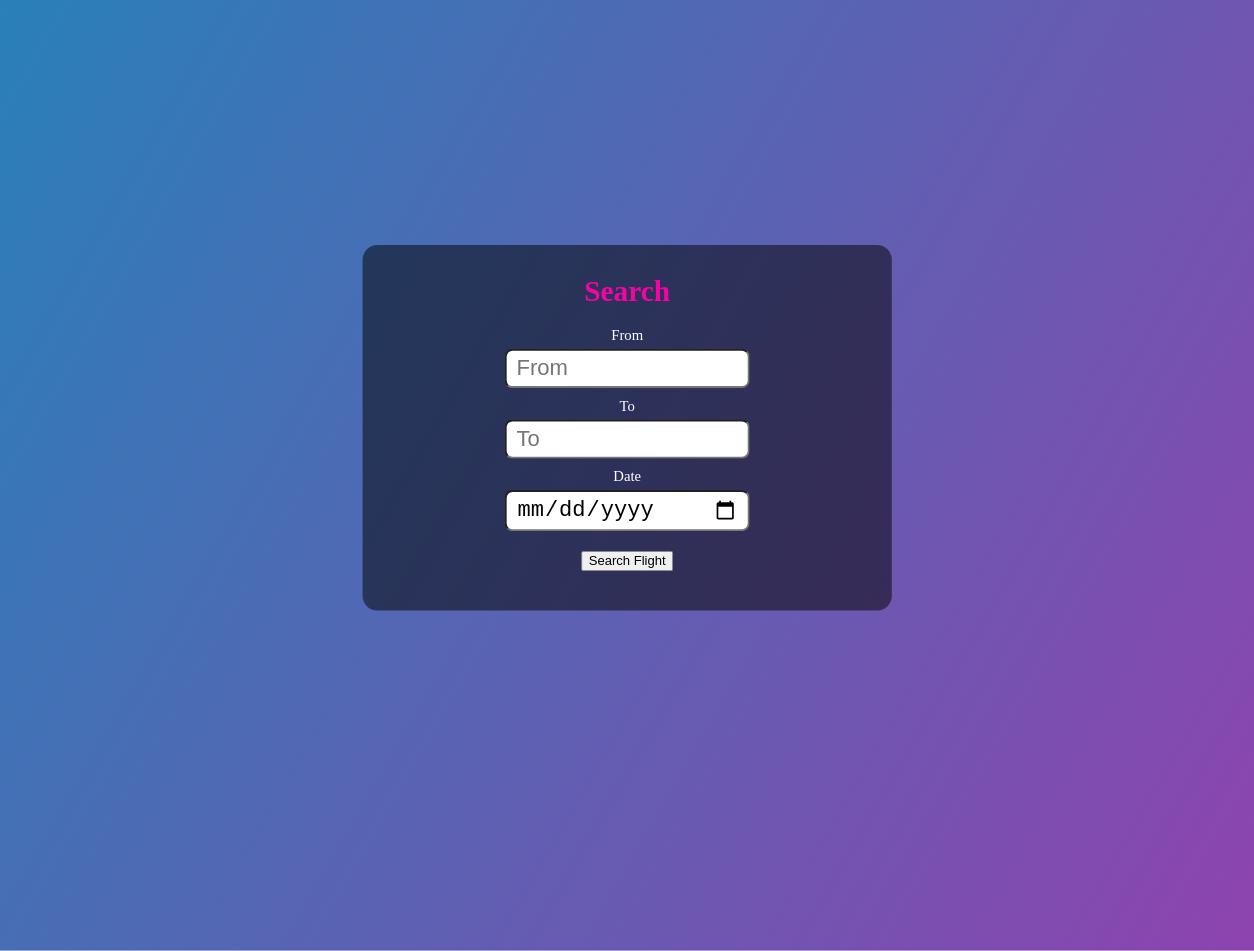
Repository: kalpesh3070/backend2
Page: flyaway/src/main/webapp/Home.html
The author's editor kept a copy of each file at every save. The page is drawn from the files as they stood at one save, then again after the next save.
The browser window is 1280 px wide. The pictures show the whole page, at 98% of full size.

Above is the page before, as saved 2022-11-13 19:08:06.

### flyaway/src/main/webapp/Home.html
<!DOCTYPE html>
<html>
<head>
<meta charset="ISO-8859-1">
<link rel="stylesheet" href="home.css">
<title>Go Airways</title>
</head>
<body>
<form action="search">
<div class="lable">
<center>


<h1>Search</h1>
<div class= "body">

<lable for="from" >From</lable>
<div class="input">
<input  type="text" name="from" placeholder="From"><br>
</div>

<div class="input">
<lable for="to">To</lable>
<input type="text" name="To" placeholder="To"><br>
</div>

<div class="input">
<lable>Date</lable><input type="date" name="date"><br>
</div>

<div class="submit">
<input type="submit" value="Search Flight">
</div>

</div>
</div>
</form>
</center>
</div>
</body>
</html>

### flyaway/src/main/webapp/home.css
@charset "ISO-8859-1";
body{
margin: 0;
padding: 0;
font-family: montserrat;
background: linear-gradient(120deg,#2980b9,#8e44ad);
height: 100vh;
overflow:hidden;
}

.lable{
width : 500px;
background-color: rgba(0,0,0,.5);
padding:10px 20px 30px;
margin:250px auto;
color:white;
font-size:15px;
border-radius: 15px;

}

.lable h1{
	color:#f603a3;
	text-align: center;
}

.lable lable{
	display:block;
}

.input input{

	width:50%;
	font-size:1.5em;
	box-shadow: 2px;
	border-radius: 8px;
	padding: 5px 10px;
	box-sizing: border-box;
	margin:5px 0px 10px;
}
.submit{
	text-align: center;
	margin:10px 0px 10px;









}

After the next save:
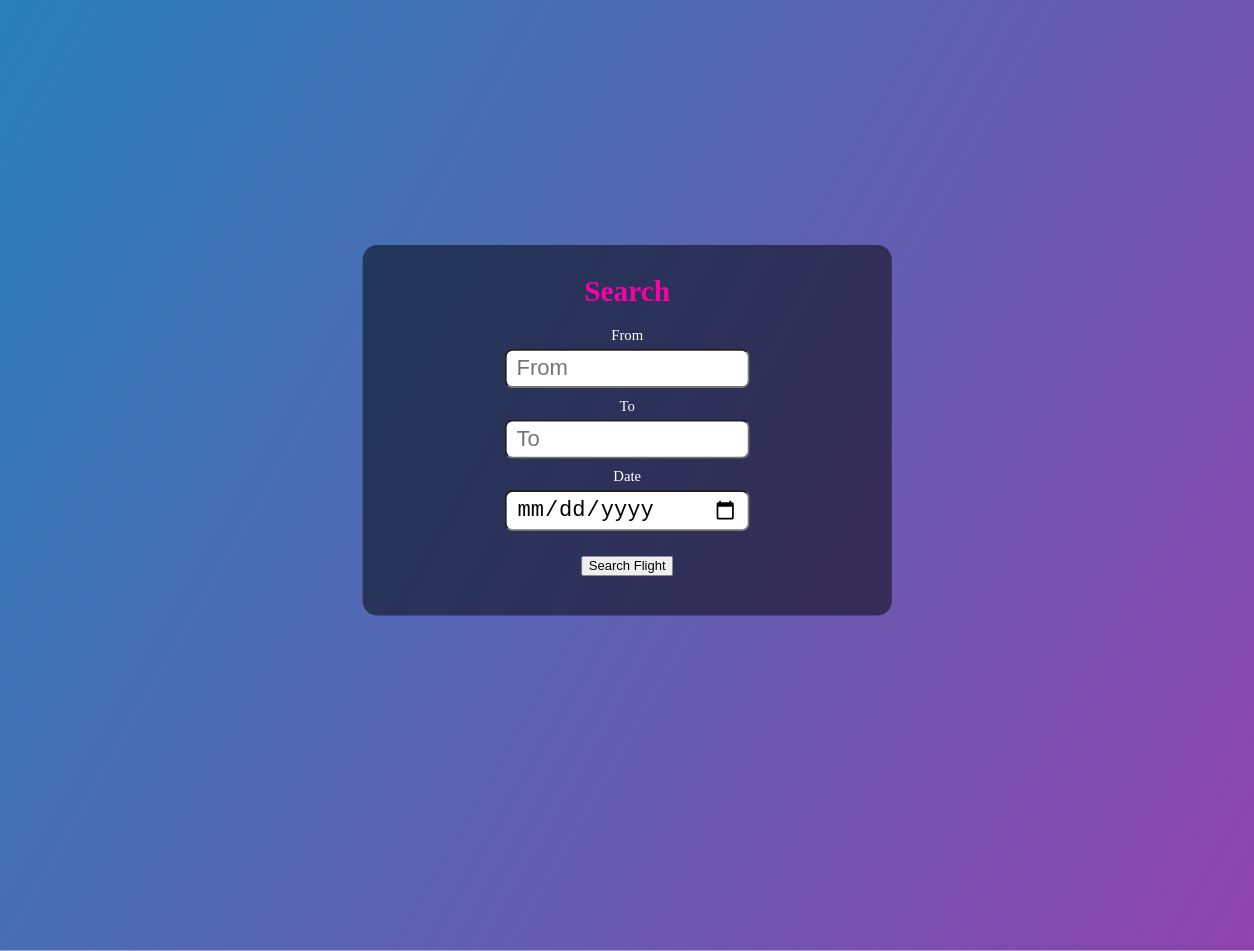
Saved 19 s later.
--- a/flyaway/src/main/webapp/home.css
+++ b/flyaway/src/main/webapp/home.css
@@ -41,7 +41,8 @@ border-radius: 15px;
 .submit{
 	text-align: center;
 	margin:10px 0px 10px;
-
+	width:50%;
+	font-size:1.5em;
 
 
 
